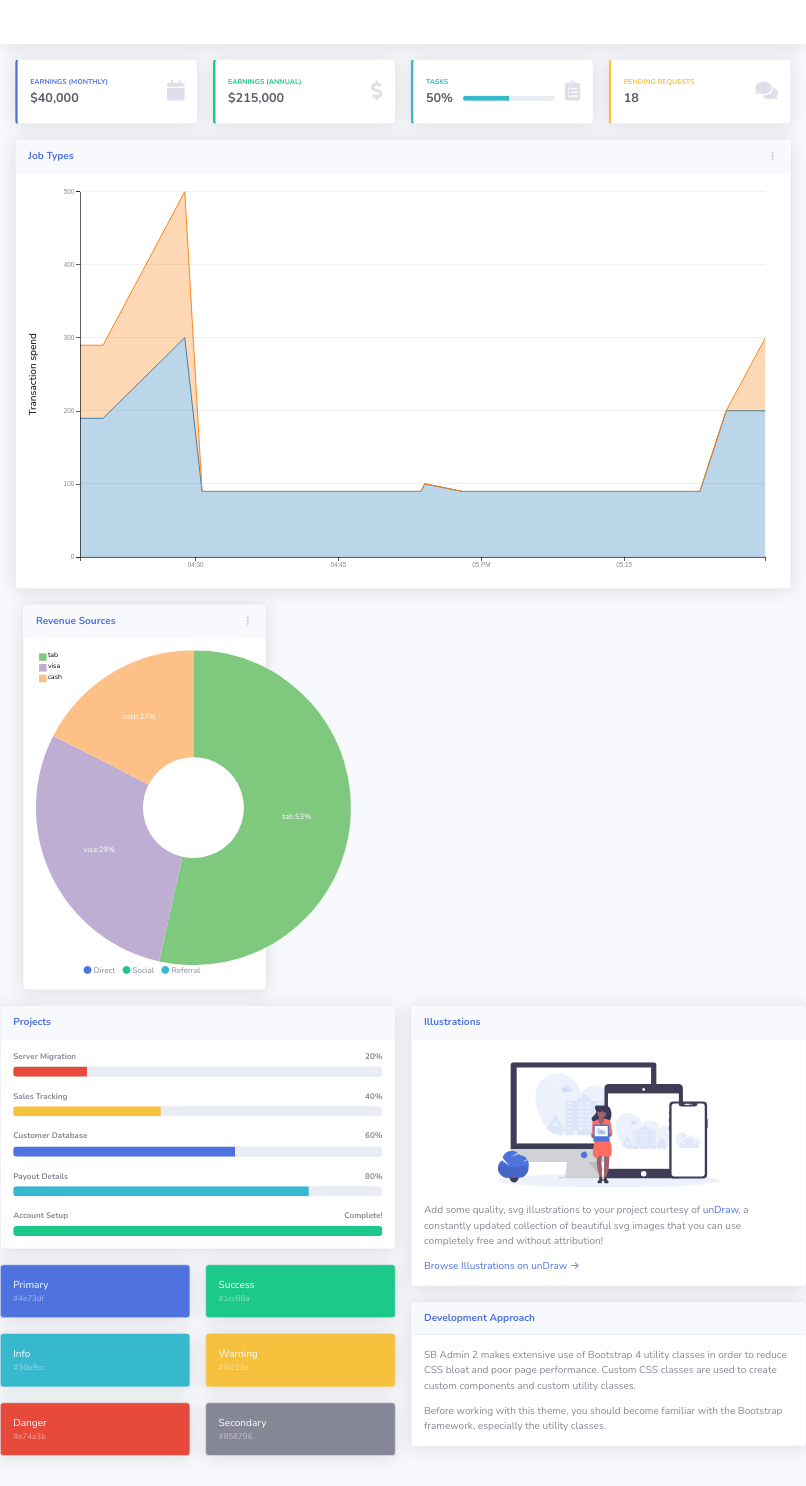
Repository: fLavery/NodeDashboard
Page: index.html
The author's editor kept a record of every edit. The page is drawn from the files as they stood at one moment, then again after the next edit.
The browser window is 1280 px wide. The pictures show the whole page, at 63% of full size.

Above is the page before.
Console error: TypeError: Cannot read properties of null (reading 'length')

After the next edit:
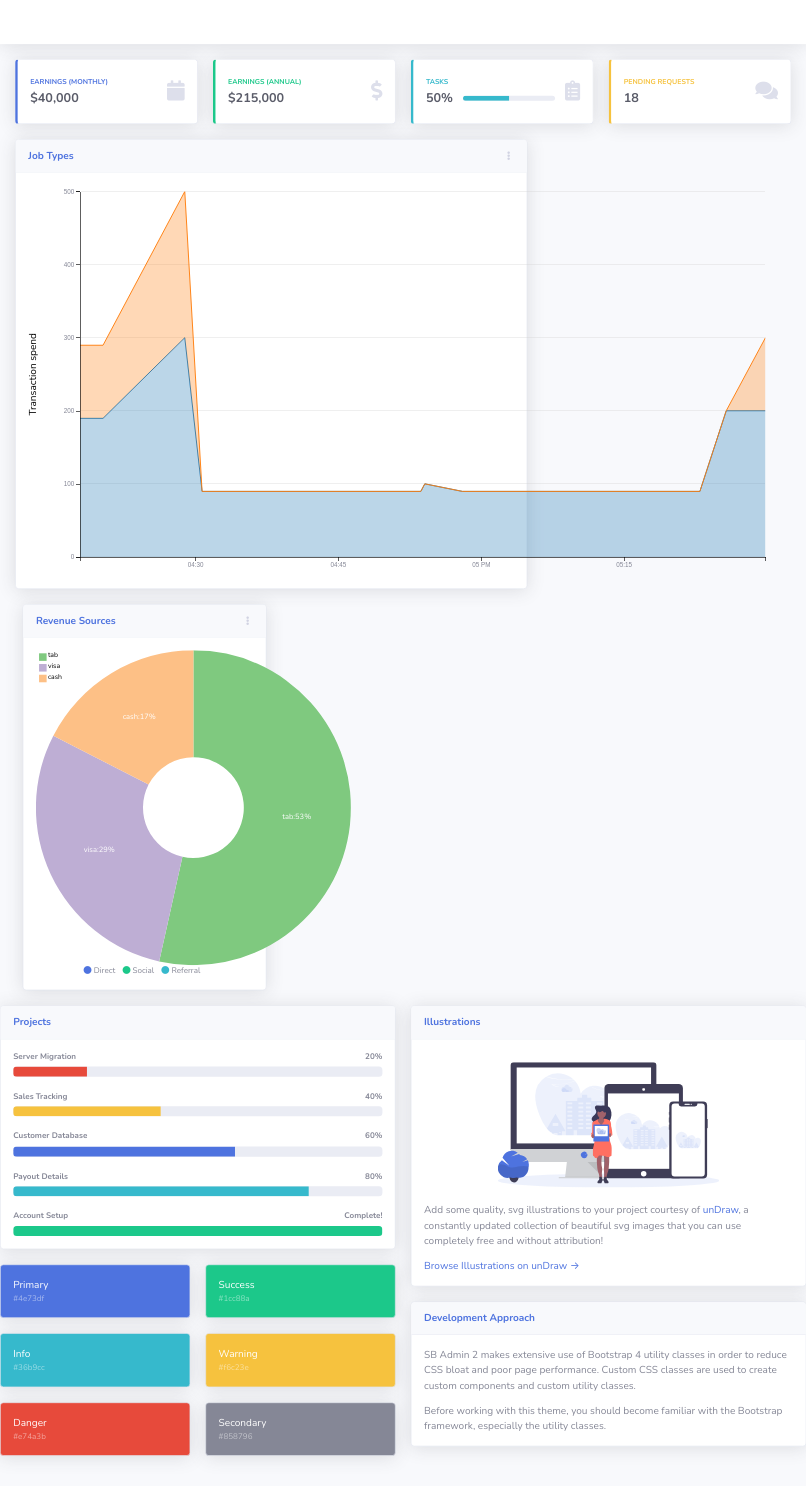
The edit:
--- a/index.html
+++ b/index.html
@@ -159,7 +159,7 @@
           <div class="row">
 
             <!-- Area Chart -->
-            <div class="col-xl-12 col-lg-12">
+            <div class="col-xl-8 col-lg-8">
               <div class="card shadow mb-4">
                 <!-- Card Header - Dropdown -->
                 <div class="card-header py-3 d-flex flex-row align-items-center justify-content-between">
